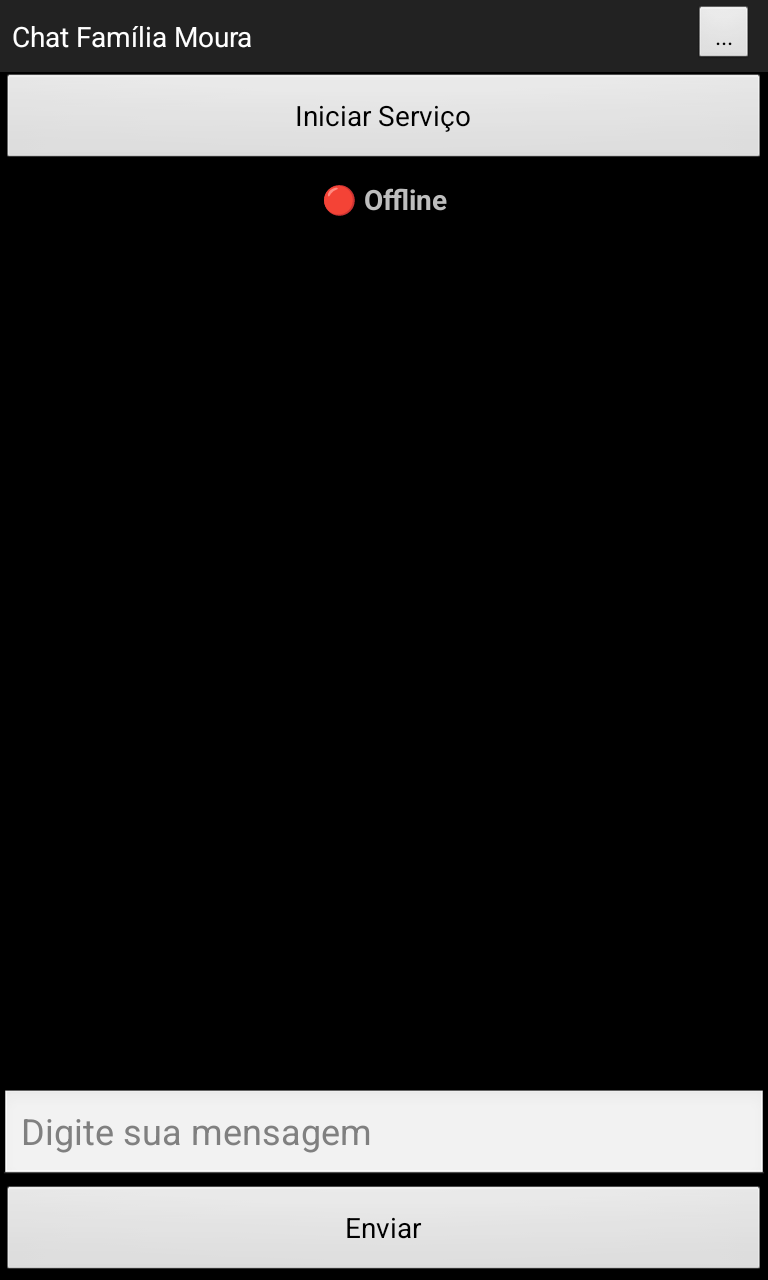
Repository: JoelmirMoura/AppMensagem
Layout: Mensagem/res/layout/main.xml
The author's editor kept a copy of each file at every save. The layout is drawn from the files as they stood at one save, then again after the next save.
It is drawn on a 768 x 1280 px phone screen (xhdpi) without system bars, with theme android:Theme; the app's code is not run.

Above is the layout before, as saved 2026-04-27 16:32:11.

After the next save:
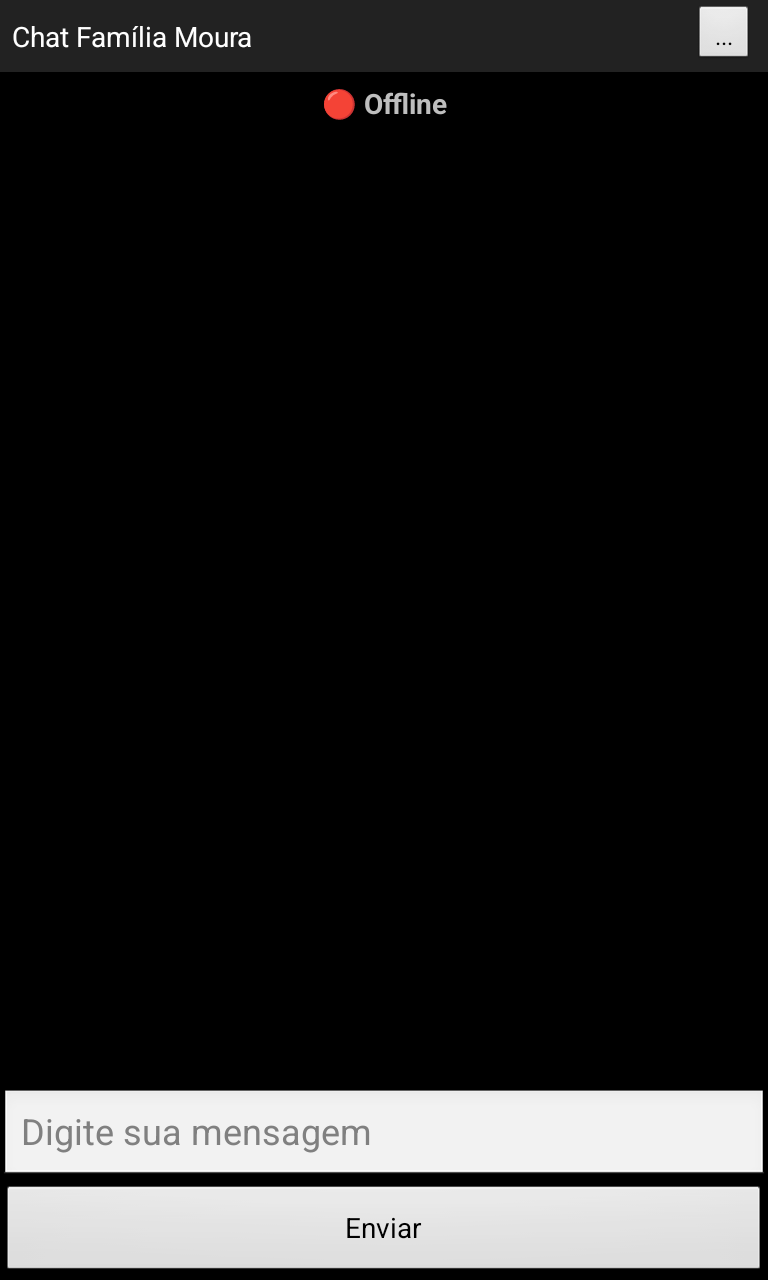
Saved 38 min 42 s later.
--- a/Mensagem/res/layout/main.xml
+++ b/Mensagem/res/layout/main.xml
@@ -33,12 +33,12 @@
 
 </LinearLayout>
 
-    <!-- BOTÃO SERVIDOR -->
+    <!-- BOTÃO SERVIDOR
     <Button
         android:id="@+id/btnServidor"
         android:layout_width="fill_parent"
         android:layout_height="wrap_content"
-        android:text="Iniciar Serviço" />
+        android:text="Iniciar Serviço" />-->
 
     <!-- STATUS -->
     <TextView
